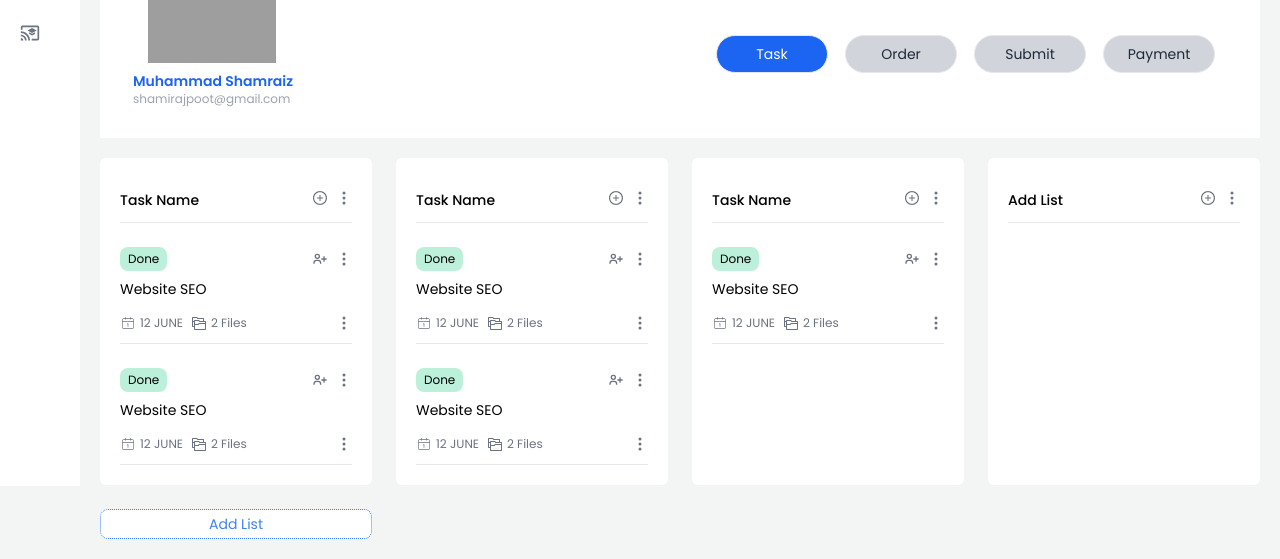
Repository: Shamraiz761/Frontend-Assessment
Page: /
These files come from the project's save history. The page is drawn as it stood at one moment and after the next save; the edit follows.
The browser window is 1280 px wide. The pictures show the part of the page from y = 234 to 801 px (the page is 793 px tall before and 801 px after).
Pictures or frames that could not be fetched are drawn as grey boxes. The project was rebuilt for these pictures with package versions that can differ from the ones it lists, and the page was loaded fresh each time. Also part of the build but not shown: vite.config.js. Imported but missing from the stored project, and not drawn on this page: src/pages/auth/login.

Above is the page before, as saved 2023-06-09 12:30:33.

### src/main.jsx
import ReactDOM from 'react-dom/client'

import React from 'react'

import App from './App.jsx'
import './index.css'

ReactDOM.createRoot(document.getElementById('root')).render(
  <React.StrictMode>
    <App />
  </React.StrictMode>,
)

### src/App.jsx
import React from 'react'
import { DndProvider } from 'react-dnd'
import { HTML5Backend } from 'react-dnd-html5-backend'
import 'flowbite'

import AppRoutes from './routes'

export default function App() {
  return (
    <DndProvider backend={HTML5Backend}>
      <AppRoutes />
    </DndProvider>
  )
}

### src/index.css
@import url("https://fonts.googleapis.com/css2?family=Poppins:wght@400;500;600;700;800;900&display=swap");

@tailwind base;
@tailwind components;
@tailwind utilities;

* {
  margin: 0;
  padding: 0;
}

body {
  margin: 0;
  font-family: "Poppins", -apple-system, BlinkMacSystemFont, "Segoe UI",
    "Roboto", "Oxygen", "Ubuntu", "Cantarell", "Fira Sans", "Droid Sans",
    "Helvetica Neue", sans-serif;
  -webkit-font-smoothing: antialiased;
  -moz-osx-font-smoothing: grayscale;
  width: 100vw;
  overflow-x: hidden;
  background-color: #f2f5f3;
  /* background: linear-gradient(180deg, #faefe8 0%, #edc7ac 100%); */
}

code {
  font-family: source-code-pro, Menlo, Monaco, Consolas, "Courier New",
    monospace;
}

.pointer-cursor {
  cursor: pointer;
}

.cusBorder {
  border: 1px solid #000;
  border-radius: 5px;
}

img {
  cursor: pointer;
}
.errors {
  color: #dc3545;
  padding: 0;
  margin: 0;
  font-size: 12px;
}
.loader {
  position: fixed;
  top: 0;
  bottom: 0;
  left: 0;
  right: 0;
  background-color: rgba(47, 151, 161, 0.32);

  display: flex;
  justify-content: center;
  align-items: center;
}

.link {
  color: #000;
  cursor: pointer;
  text-decoration: none;
}
.link:hover {
  color: #000;
}

.trans-btn {
  background-color: transparent;
  border: none;
}
.profile-logout-btn {
  border: 0;
}
.profile-logout-btn:hover {
  border: 0;
}
.profile-btn {
  border-radius: 0;
  border: 0;
}
.logout-btn {
  border-radius: 0;
  border: 0;
}
.logout-btn:hover {
  background-color: rgba(220, 53, 69, 0.5);
  border: 0;
  color: #fff;
}
.breadcrumbs ul {
  list-style: none;
  display: inline-block;
}

.breadcrumbs ul li {
  display: inline;
}

.breadcrumbs ul li .bc-link {
  /* display: block; */
  width: max-content;
  background-color: #f8f9fa;
  padding: 6px 15px 6px 25px;
  text-align: center;
  position: relative;
  margin: 0 10px 0 0;
  font-size: 15px;
  text-decoration: none;
  color: #000;
}
.breadcrumbs ul li .bc-link::after {
  content: "";
  border-top: 17px solid transparent;
  border-bottom: 17px solid transparent;
  border-left: 17px solid #f8f9fa;
  position: absolute;
  top: 0;
  right: -17px;
  z-index: 1;
}
.breadcrumbs ul li .bc-link::before {
  content: "";
  border-top: 17px solid transparent;
  border-bottom: 17px solid transparent;
  border-left: 17px solid #71cdd5;
  position: absolute;
  top: 0;
  left: 0;
}
.breadcrumbs ul li:first-child .bc-link {
  border-top-left-radius: 5px;
  border-bottom-left-radius: 5px;
}
.breadcrumbs ul li:first-child .bc-link::before {
  display: none;
}

.breadcrumbs ul li:last-child .bc-link {
  padding-right: 20px;
  border-top-right-radius: 5px;
  border-bottom-right-radius: 5px;
}
.breadcrumbs ul li:last-child .bc-link::after {
  display: none;
}

@media screen and (max-width: 500px) {
  .breadcrumbs ul li .bc-link {
    /* display: block; */
    padding: 2px 2px 2px 13px;
    /* margin: 0 10px 0 0; */
    font-size: 14px;
  }

  .breadcrumbs ul li .bc-link::after {
    content: "";
    border-top: 11.6px solid transparent;
    border-bottom: 11.6px solid transparent;
    border-left: 11.6px solid #f8f9fa;
    position: absolute;
    top: 0;
    right: -11.6px;
    z-index: 1;
  }
  .breadcrumbs ul li .bc-link::before {
    content: "";
    border-top: 11.6px solid transparent;
    border-bottom: 11.6px solid transparent;
    border-left: 11.6px solid #71cdd5;
    position: absolute;
    top: 0;
    left: 0;
  }
  .breadcrumbs ul li:last-child .bc-link {
    padding-right: 5px;
  }
}

@media screen and (max-width: 350px) {
  .breadcrumbs ul li .bc-link {
    /* display: block; */
    padding: 2px 2px 2px 12px;
    /* margin: 0 10px 0 0; */
    font-size: 10px;
  }

  .breadcrumbs ul li .bc-link::after {
    content: "";
    border-top: 9px solid transparent;
    border-bottom: 9px solid transparent;
    border-left: 9px solid #f8f9fa;
    position: absolute;
    top: 0;
    right: -9px;
    z-index: 1;
  }
  .breadcrumbs ul li .bc-link::before {
    content: "";
    border-top: 9px solid transparent;
    border-bottom: 9px solid transparent;
    border-left: 9px solid #edc7ac;
    position: absolute;
    top: 0;
    left: 0;
  }
  .breadcrumbs ul li:last-child .bc-link {
    padding-right: 5px;
  }
}

/* ********************************************** */

### src/routes/index.jsx
import {
  createBrowserRouter,
  createRoutesFromElements,
  RouterProvider,
  Route,
} from "react-router-dom";

import * as React from "react";

import Layout from "./layout";
import Root from "./root";

import Home from "../pages/dashboard";
import Login from "../pages/auth/login";
import Header from "../components/header/index";

export default function AppRoutes() {
  const router = createBrowserRouter(
    createRoutesFromElements(
      <Route path="/" element={<Root />}>
        <Route path="/login" element={<Login />} />

        <Route element={<Layout />}>
          <Route path="/" element={<Home />} />
        </Route>
      </Route>
    )
  );

  return <RouterProvider router={router} />;
}

### src/routes/layout.jsx
import { Link, Outlet, useNavigate } from "react-router-dom";
import { Gi3DGlasses } from "react-icons/gi";
import { CgProfile } from "react-icons/cg";
import { BsArrowLeft, BsFillChatSquareTextFill } from "react-icons/bs";
import { MdOutlineDashboard, MdOutlineCastForEducation } from "react-icons/md";

import React, { useState } from "react";
import Header from "../components/header/index";

export default function Layout() {
  const [open, setOpen] = useState(false);
  const [type, setType] = useState(false);
  const navigate = useNavigate();
  return (
    <div>
      {/* {loading && <LoadingSpinner asOverlay />} */}
      <div
        className={` h-screen bg-white  p-3 ${
          open ? "w-56" : "w-20"
        } fixed top-0 sidebar z-50`}
      >
        {/* Logo */}

        <div className="flex flex-row justify-center">
          <svg
            width="67"
            height="67"
            viewBox="0 0 67 67"
            fill="none"
            xmlns="http://www.w3.org/2000/svg"
            className={` text-4xl block float-left cursor-pointer rounded duration-500 ${
              !open && "rotate-[360deg]"
            }`}
            onClick={() => {
              setOpen(!open);
              setType(false);
            }}
          >
            <path
              d="M22.138 15.2984L30.8759 24.0363C32.3276 25.488 34.7005 25.488 36.1522 24.0363L44.8901 15.2984C47.2351 12.9534 45.588 8.90552 42.238 8.90552H24.7622C21.4401 8.90552 19.7651 12.9534 22.138 15.2984Z"
              fill="#208FF5"
            />
            <path
              d="M22.138 51.7017L30.8759 42.9637C32.3276 41.5121 34.7005 41.5121 36.1522 42.9637L44.8901 51.7017C47.2351 54.0467 45.588 58.0946 42.238 58.0946H24.7622C21.4401 58.0946 19.7651 54.0467 22.138 51.7017Z"
              fill="#208FF5"
            />
            <path
              d="M6.03002 31.9088L12.423 21.8588C13.428 20.2676 15.6614 20.0163 17.0014 21.3563L27.0514 31.4063C28.1959 32.5509 28.1959 34.4213 27.0514 35.5659L17.0014 45.6159C15.6614 46.9559 13.456 46.7047 12.423 45.1134L6.03002 35.0634C5.44377 34.1142 5.44377 32.8859 6.03002 31.9088Z"
              fill="#208FF5"
            />
            <path
              d="M60.9701 31.9088L54.5771 21.8588C53.5721 20.2676 51.3387 20.0163 49.9987 21.3563L39.9488 31.4063C38.8042 32.5509 38.8042 34.4213 39.9488 35.5659L49.9987 45.6159C51.3387 46.9559 53.5442 46.7047 54.5771 45.1134L60.9701 35.0634C61.5563 34.1142 61.5563 32.8859 60.9701 31.9088Z"
              fill="#208FF5"
            />
          </svg>
        </div>

        {/* Search */}

        <ul className="pt-2">
          {/* Dashboard */}
          <Link
            to="/"
            className={` rounded-md text-gray-500  text-xs flex items-center gap-x-4 cursor-pointer hover:bg-gray-50 hover:text-blue-500 py-4 p-2`}
          >
            <span className="text-xl block float-left">
              <MdOutlineDashboard />
            </span>
            <span
              className={` text-sm font-md flex-1
          ${!open && "hidden"}`}
            >
              Marketplace
            </span>
          </Link>

          <Link
            className={` rounded-md text-gray-500  text-xs flex items-center gap-x-4 cursor-pointer hover:bg-gray-50 hover:text-blue-500 py-4 p-2`}
            to="/profile"
          >
            <span className="text-xl block float-left">
              <CgProfile />
            </span>
            <span
              className={` text-xs font-md flex-1
          ${!open && "hidden"}`}
            >
              Profile
            </span>
          </Link>

          {/* Lens */}
          <Link
            className={` rounded-md text-gray-500  text-xs flex items-center gap-x-4 cursor-pointer hover:bg-gray-50 hover:text-blue-500 py-4 p-2`}
            to="/chat"
          >
            <span className="text-lg block float-left">
              <BsFillChatSquareTextFill />
            </span>
            <span
              className={` text-xs font-md flex-1
          ${!open && "hidden"}`}
            >
              Chat
            </span>
          </Link>

          {/* Orders */}
          <Link
            className={` rounded-md text-gray-500  text-xs flex items-center gap-x-4 cursor-pointer hover:bg-gray-50 hover:text-blue-500 py-4 p-2`}
            to="/education"
          >
            <span className="text-xl block float-left">
              <MdOutlineCastForEducation />
            </span>
            <span
              className={` text-xs font-md flex-1
          ${!open && "hidden"}`}
            >
              Education
            </span>
          </Link>
        </ul>
      </div>
      <div className={` ${open ? "ml-56" : "ml-20"}`}>
        <Header />
        <Outlet />
      </div>
    </div>
  );
}

### src/routes/root.jsx
import { Outlet } from 'react-router-dom'

import React from 'react'

export default function Root() {
    return (
        <Outlet />
    )
}

### src/pages/Dashboard/index.jsx
import { AiOutlinePlusCircle } from "react-icons/ai";
import { BsThreeDotsVertical } from "react-icons/bs";

import React from "react";

import "./index.css";
import Profile from "../../components/dashboard/profile";
import Card from "../../components/dashboard/card";

function Home() {
  return (
    <div>
      <Profile />
      <div className="m-5 grid grid-cols-1 sm:grid-cols-2 md:grid-cols-3 lg:grid-cols-4 gap-6 ">
        <div className="bg-white p-5 rounded-md">
          <div className="flex flex-row justify-between py-3 border-b">
            <div className="text-sm font-medium">Task Name</div>
            <div className="flex flex-row text-gray-500">
              <AiOutlinePlusCircle className="mr-2" />
              <BsThreeDotsVertical />
            </div>
          </div>
          <Card />
          <Card />
        </div>
        <div className="bg-white p-5 rounded-md">
          <div className="flex flex-row justify-between py-3 border-b">
            <div className="text-sm font-medium">Task Name</div>
            <div className="flex flex-row text-gray-500">
              <AiOutlinePlusCircle className="mr-2" />
              <BsThreeDotsVertical />
            </div>
          </div>
          <Card />
          <Card />
        </div>
        <div className="bg-white p-5 rounded-md">
          <div className="flex flex-row justify-between py-3 border-b">
            <div className="text-sm font-medium">Task Name</div>
            <div className="flex flex-row text-gray-500">
              <AiOutlinePlusCircle className="mr-2" />
              <BsThreeDotsVertical />
            </div>
          </div>
          <Card />
        </div>
        <div className="bg-white p-5 rounded-md">
          <div className="flex flex-row justify-between py-3 border-b">
            <div className="text-sm font-medium">Add List</div>
            <div>
              <div
                id="defaultModal"
                tabIndex={-1}
                aria-hidden="true"
                className="fixed top-0 left-0 right-0 z-50 hidden w-full p-4 overflow-x-hidden overflow-y-auto md:inset-0 h-[calc(100%-1rem)] max-h-full"
              >
                <div className="relative w-full max-w-2xl max-h-full">
                  {/* Modal content */}
                  <div className="relative bg-white rounded-lg shadow dark:bg-gray-700">
                    {/* Modal header */}
                    <div className="flex items-start justify-between p-4 border-b rounded-t dark:border-gray-600">
                      <h3 className="text-xl font-semibold text-gray-900 dark:text-white">
                        Terms of Service
                      </h3>
                      <button
                        type="button"
                        className="text-gray-400 bg-transparent hover:bg-gray-200 hover:text-gray-900 rounded-lg text-sm p-1.5 ml-auto inline-flex items-center dark:hover:bg-gray-600 dark:hover:text-white"
                        data-modal-hide="defaultModal"
                      >
                        <svg
                          aria-hidden="true"
                          className="w-5 h-5"
                          fill="currentColor"
                          viewBox="0 0 20 20"
                          xmlns="http://www.w3.org/2000/svg"
                        >
                          <path
                            fillRule="evenodd"
                            d="M4.293 4.293a1 1 0 011.414 0L10 8.586l4.293-4.293a1 1 0 111.414 1.414L11.414 10l4.293 4.293a1 1 0 01-1.414 1.414L10 11.414l-4.293 4.293a1 1 0 01-1.414-1.414L8.586 10 4.293 5.707a1 1 0 010-1.414z"
                            clipRule="evenodd"
                          />
                        </svg>
                        <span className="sr-only">Close modal</span>
                      </button>
                    </div>
                    {/* Modal body */}
                    <div className="p-6 space-y-6">
                      <p className="text-base leading-relaxed text-gray-500 dark:text-gray-400">
                        With less than a month to go before the European Union
                        enacts new consumer privacy laws for its citizens,
                        companies around the world are updating their terms of
                        service agreements to comply.
                      </p>
                      <p className="text-base leading-relaxed text-gray-500 dark:text-gray-400">
                        The European Union’s General Data Protection Regulation
                        (G.D.P.R.) goes into effect on May 25 and is meant to
                        ensure a common set of data rights in the European
                        Union. It requires organizations to notify users as soon
                        as possible of high-risk data breaches that could
                        personally affect them.
                      </p>
                    </div>
                    {/* Modal footer */}
                    <div className="flex items-center p-6 space-x-2 border-t border-gray-200 rounded-b dark:border-gray-600">
                      <button
                        data-modal-hide="defaultModal"
                        type="button"
                        className="text-white bg-blue-700 hover:bg-blue-800 focus:ring-4 focus:outline-none focus:ring-blue-300 font-medium rounded-lg text-sm px-5 py-2.5 text-center dark:bg-blue-600 dark:hover:bg-blue-700 dark:focus:ring-blue-800"
                      >
                        I accept
                      </button>
                      <button
                        data-modal-hide="defaultModal"
                        type="button"
                        className="text-gray-500 bg-white hover:bg-gray-100 focus:ring-4 focus:outline-none focus:ring-blue-300 rounded-lg border border-gray-200 text-sm font-medium px-5 py-2.5 hover:text-gray-900 focus:z-10 dark:bg-gray-700 dark:text-gray-300 dark:border-gray-500 dark:hover:text-white dark:hover:bg-gray-600 dark:focus:ring-gray-600"
                      >
                        Decline
                      </button>
                    </div>
                  </div>
                </div>
              </div>
            </div>

            <div className="flex flex-row text-gray-500">
              <AiOutlinePlusCircle className="mr-2" />
              <BsThreeDotsVertical />
            </div>
          </div>
        </div>
        <div>
          <button
            data-modal-target="defaultModal"
            data-modal-toggle="defaultModal"
            className="bg-white text-blue-500 rounded-lg border border-dotted border-blue-500 px-2 py-1 text-sm w-full"
            type="button"
          >
            Add List
          </button>
        </div>
      </div>
    </div>
  );
}
export default Home;

### src/components/header/index.jsx
import { IoIosNotifications } from "react-icons/io";

import React from "react";
import { CgProfile } from "react-icons/cg";

function Header() {
  return (
    <div>
      {/* component */}
      <nav className=" bg-white w-full flex relative justify-between items-center mx-auto px-8 py-4 h-16">
        {/* search bar */}
        <div className="hidden sm:block flex-shrink flex-grow-0 justify-start px-2">
          <div className="inline-block">
            <div className="inline-flex items-center max-w-full">
              <input
                className="flex items-center text-gray-400 bg-slate-50 justify-between  flex-grow-0  relative w-72 border rounded-lg  py-1"
                type="search"
                placeholder="Search"
              />

              <div className="flex items-center justify-center relative  h-8 w-24 rounded-full"></div>
            </div>
          </div>
        </div>

        <div className="flex-initial">
          <div className="flex justify-end items-center relative">
            <div className="block">
              <div className="inline relative sm:flex sm:flex-row sm:justify-center">
                <button
                  type="button"
                  className="inline-flex items-center relative px-2  rounded-full hover:shadow-lg"
                >
                  <IoIosNotifications className="text-gray-400 text-xl" />
                </button>
                <button
                  type="button"
                  className="inline-flex items-center relative px-2  rounded-full hover:shadow-lg"
                >
                  <CgProfile className="text-gray-400 text-xl" />
                </button>
              </div>
            </div>
          </div>
        </div>
        {/* end login */}
      </nav>
    </div>
  );
}

export default Header;

### src/pages/Dashboard/index.css
.dashboard-cover-iamge{
    background: url("../../assets/images/dashboard-back.png");
    background-position: center;
    background-repeat: no-repeat;
    background-size: cover;

}

### src/components/dashboard/profile.jsx
import profile from "../../assets/images/Ellipse 1631.png";

import React from "react";

function Profile() {
  return (
    <div className="m-5  w-[11/12] md:h-72 h-[360px]  bg-white">
      <div className="dashboard-cover-iamge h-[150px]  w-[100%]"></div>
      <div className="grid lg:grid-cols-2 grid-cols-1 md:grid-cols-2 flex-row justify-between flex-wrap">
        <div className="ml-12">
          <img src={profile} className="h-32 w-32 mt-[-65px]  " />
          <h1 className="text-blue-600 font-semibold text-sm ml-[-15px] mt-2">
            Muhammad Shamraiz
          </h1>
          <p className="text-gray-400 text-xs font-thin ml-[-15px]">
            shamirajpoot@gmail.com
          </p>
        </div>
        <div className="grid my-3 grid-cols-2 lg:grid-cols-4 md:justify-end justify-between mx-8 items-center ">
          <button className="btn border  rounded-full w-24 lg:w-28 m-1  px-4 py-2 bg-blue-600 text-sm  text-white">
            Task
          </button>
          <button className="btn border  rounded-full w-24 lg:w-28 m-1 px-4 py-2 bg-gray-300 text-sm  text-gray-800">
            Order
          </button>
          <button className="btn border  rounded-full w-24 lg:w-28  m-1 px-4 py-2 bg-gray-300 text-sm  text-gray-800">
            Submit
          </button>
          <button className="btn border  rounded-full w-24 lg:w-28 m-1 px-4 py-2 bg-gray-300 text-sm  text-gray-800">
            Payment
          </button>
        </div>
      </div>
    </div>
  );
}

export default Profile;

### src/components/dashboard/card.jsx
import { BiUserPlus } from "react-icons/bi";
import { CiCalendarDate } from "react-icons/ci";
import { VscFileSubmodule } from "react-icons/vsc";
import { BsThreeDotsVertical } from "react-icons/bs";

import React from "react";

function Card() {
  return (
    <div className="border-b py-3">
      <div className="flex flex-row justify-between mt-3 ">
        <span className="bg-green-200 px-2 py-1 rounded-lg text-xs font-thin">
          Done
        </span>
        <div className="flex flex-row text-gray-500 mt-1">
          <BiUserPlus className="mr-2 " />
          <BsThreeDotsVertical />
        </div>
      </div>
      <h1 className="text-sm my-2">Website SEO</h1>

      <div className="flex flex-row justify-between mt-3">
        <div className="flex flex-row">
          <div className="flex flex-row text-gray-500 mt-1">
            <CiCalendarDate className="mr-1" />
            <p className="text-xs font-thin text-gray-500 mr-2">12 JUNE</p>
          </div>
          <div className="flex flex-row text-gray-500 mt-1">
            <VscFileSubmodule className="mr-1" />
            <p className="text-xs font-thin text-gray-500 mr-2">2 Files</p>
          </div>
        </div>
        <div className="flex flex-row text-gray-500 mt-1">
          <BsThreeDotsVertical />
        </div>
      </div>
    </div>
  );
}

export default Card;

### tailwind.config.cjs
const colors = require('tailwindcss/colors');
const defaultTheme = require('tailwindcss/defaultTheme');

module.exports = {
  content: ['./src/**/*.{js,jsx,ts,tsx}', "node_modules/flowbite/**/*.js"],
  theme: {
    extend: {
      colors: {
        // set primary color from figma
        // primary: {
        // },
      },
      fontFamily: {
        poppins: ['Poppins', ...defaultTheme.fontFamily.sans],
      },
      fontSize: {
        xxs: '0.5rem',
      },
    },
  },
  plugins: [
    require('flowbite/plugin')
  ],

};

Loaded but not shown: index.html (common file)

After the next save:
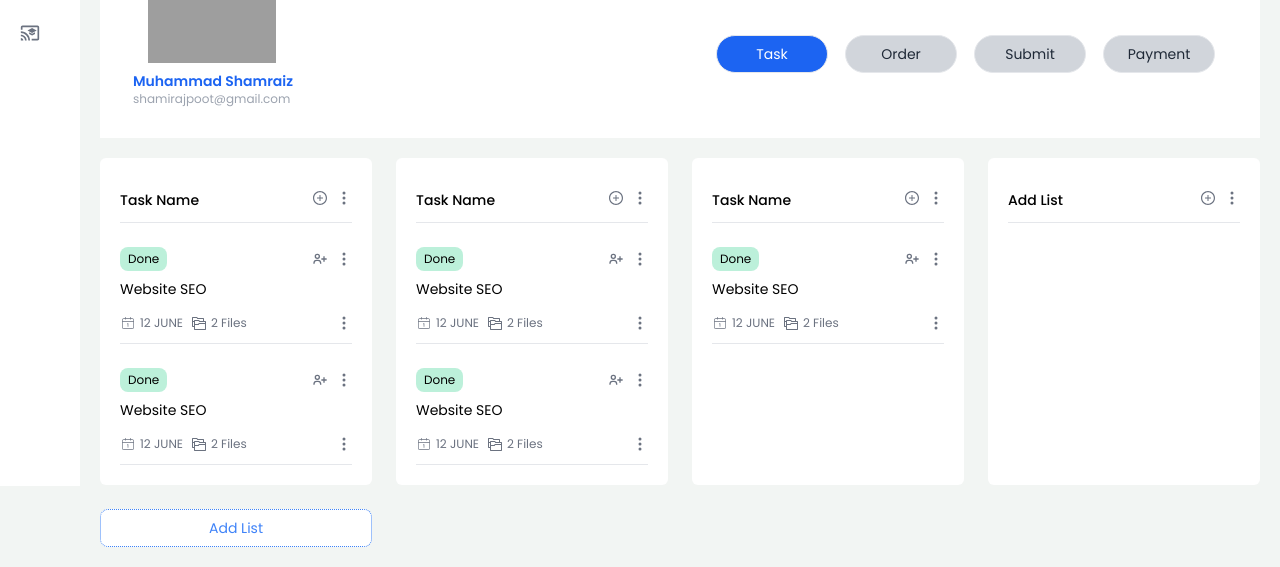
Saved 9 s later.
--- a/src/pages/Dashboard/index.jsx
+++ b/src/pages/Dashboard/index.jsx
@@ -132,7 +132,7 @@ function Home() {
           <button
             data-modal-target="defaultModal"
             data-modal-toggle="defaultModal"
-            className="bg-white text-blue-500 rounded-lg border border-dotted border-blue-500 px-2 py-1 text-sm w-full"
+            className="bg-white text-blue-500 rounded-lg border border-dotted border-blue-500 px-2 py-2 text-sm w-full"
             type="button"
           >
             Add List
